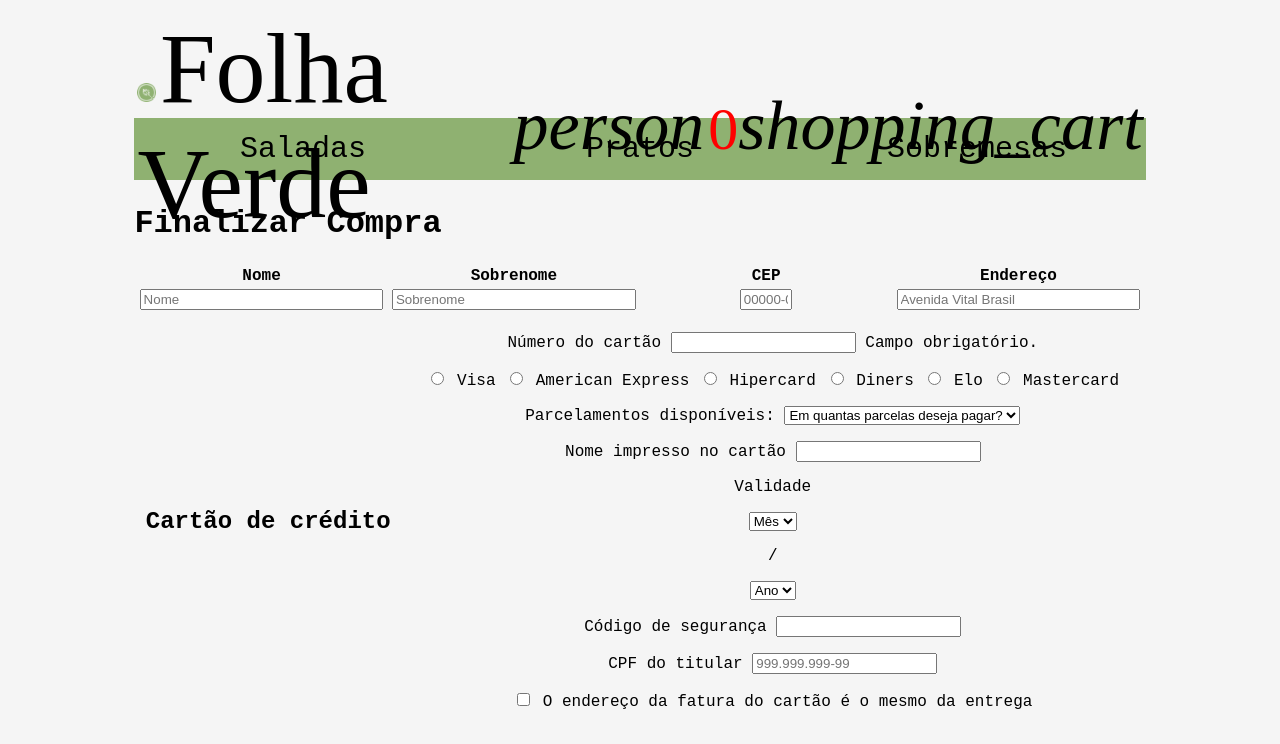
Repository: maaelphd/FolhaVerde
Page: http://localhost/FolhaVerde/Payment.jsp
An editor plug-in stored every save of this project. The page is shown before and after the next save, followed by the edit.
The browser window is 1280 px wide. The pictures show the whole page.
Some web fonts or font styles are not loaded; a fallback is used. The page is served by Tomcat 9.

Above is the page before, as saved 2018-06-04 02:18:41.

After the next save:
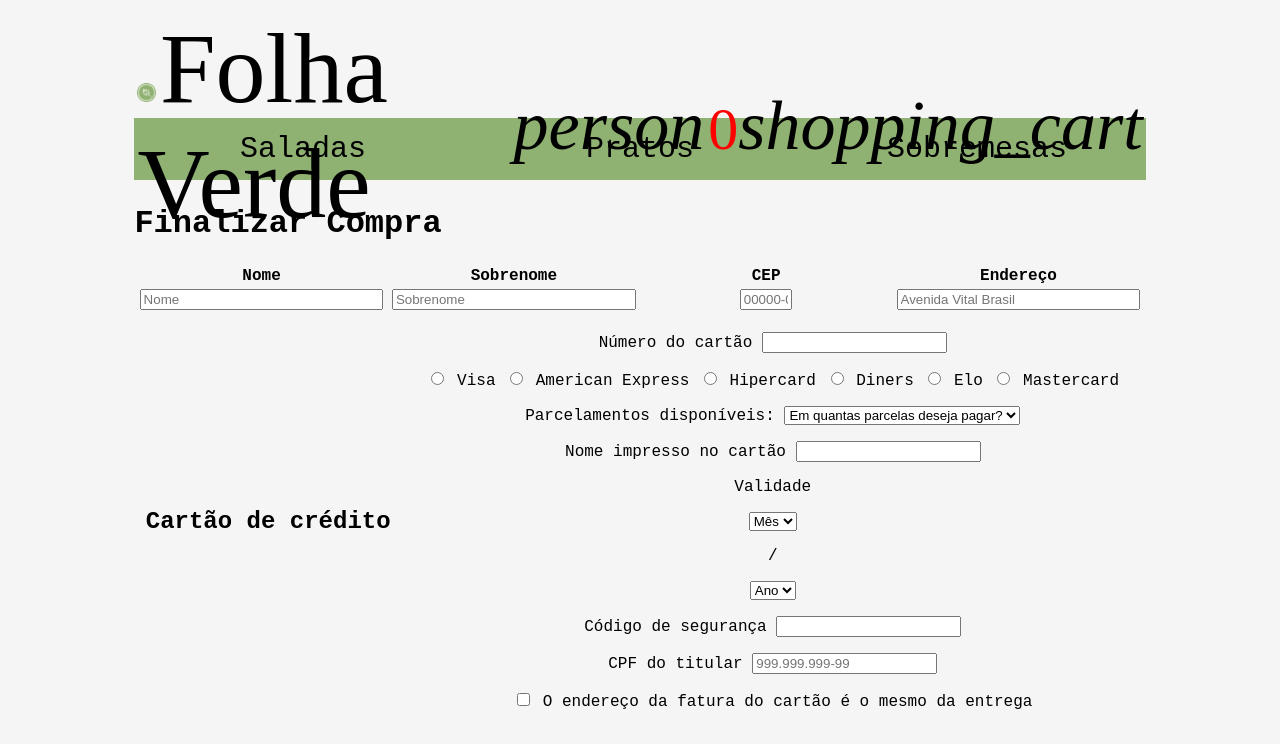
Saved 28 s later.
--- a/FolhaVerde/WebContent/Payment.jsp
+++ b/FolhaVerde/WebContent/Payment.jsp
@@ -64,7 +64,6 @@
 									<p class="PaymentCardNumber input text required">
 										<label class="FormFieldLabel " for="creditCardpayment-card-0Number">Número do cartão</label>
 										<input type="tel" id="creditCardpayment-card-0Number" class="input-medium  error" name="cardNumber" maxlength="30" value="">
-										<span class="help error">Campo obrigatório.</span>
 									</p>
 									<div class="PaymentCardFlags clearfix form-inline">
 										<p class="card-flags active">
